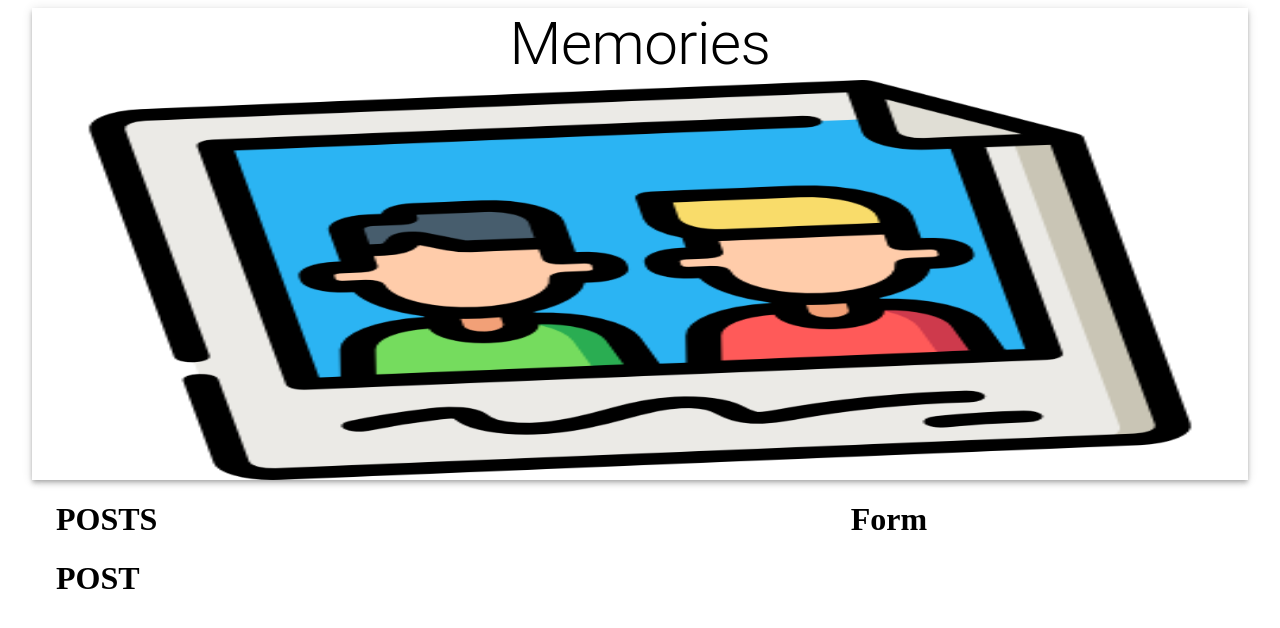
Repository: baodien1405/memories-project
Page: / (app in client/)
An editor plug-in stored every save of this project. The page is shown before and after the next save, followed by the edit.
The browser window is 1280 px wide. The pictures show the whole page.
The project was rebuilt for these pictures with package versions that can differ from the ones it lists, and the page was loaded fresh each time.

Above is the page before, as saved 2021-08-11 17:56:40.

### client/src/App.js
import React from "react";
import { Container, AppBar, Typography, Grow, Grid } from "@material-ui/core";
import memories from "./assets/images/memories.png";
import Posts from "./components/Posts/Posts";
import Form from "./components/Form/Form";

const App = (props) => {
  return (
    <Container maxWidth="lg">
      <AppBar position="static" color="inherit">
        <Typography variant="h2" align="center">
          Memories
        </Typography>
        <img src={memories} alt="memories" height="400" />
      </AppBar>
      <Grow in>
        <Container>
          <Grid
            container
            justifyContent="space-between"
            alignItems="stretch"
            spacing={3}
          >
            <Grid item xs={12} sm={7}>
              <Posts />
            </Grid>
            <Grid item xs={12} sm={4}>
              <Form />
            </Grid>
          </Grid>
        </Container>
      </Grow>
    </Container>
  );
};

export default App;

### client/src/components/Posts/Posts.jsx
import React from "react";
import Post from "./Post/Post";

const Posts = (props) => {
  return (
    <>
      <h1>POSTS</h1>
      <Post />
    </>
  );
};

export default Posts;

### client/src/components/Form/Form.jsx
import React from "react";

const Form = (props) => {
  return <h1>Form</h1>;
};

export default Form;

### client/src/components/Posts/Post/Post.jsx
import React from "react";

const Post = (props) => {
  return <h1>POST</h1>;
};

export default Post;

### client/src/styles.js
import { makeStyles } from "@material-ui/core/styles";

export default makeStyles((theme) => ({
  appBar: {
    borderRadius: 15,
    margin: "30px 0",
    display: "flex",
    flexDirection: "row",
    justifyContent: "center",
    alignItems: "center",
  },
  heading: {
    color: "rgba(0,183,255, 1)",
  },
  image: {
    marginLeft: "15px",
  },
}));

Loaded but not shown: client/public/index.html (common file); client/src/index.js (common file)

After the next save:
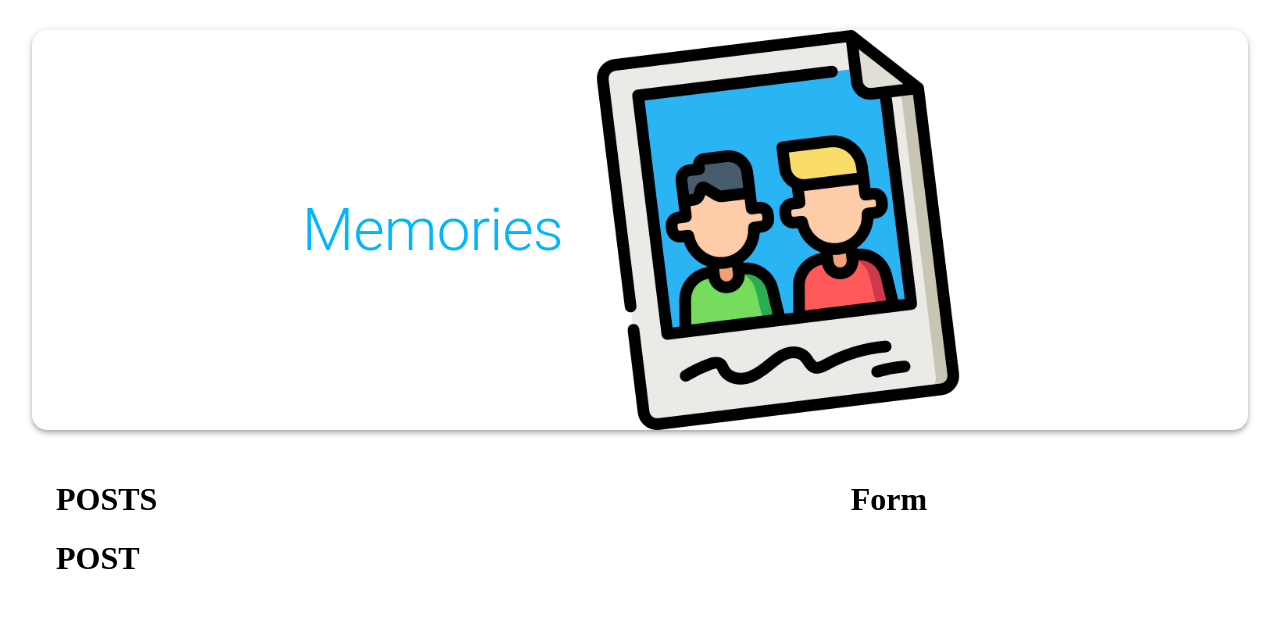
Saved 2 min 56 s later.
--- a/client/src/App.js
+++ b/client/src/App.js
@@ -3,15 +3,23 @@ import { Container, AppBar, Typography, Grow, Grid } from "@material-ui/core";
 import memories from "./assets/images/memories.png";
 import Posts from "./components/Posts/Posts";
 import Form from "./components/Form/Form";
+import useStyles from "./styles";
 
 const App = (props) => {
+  const classes = useStyles();
+
   return (
     <Container maxWidth="lg">
-      <AppBar position="static" color="inherit">
-        <Typography variant="h2" align="center">
+      <AppBar className={classes.appBar} position="static" color="inherit">
+        <Typography className={classes.heading} variant="h2" align="center">
           Memories
         </Typography>
-        <img src={memories} alt="memories" height="400" />
+        <img
+          className={classes.image}
+          src={memories}
+          alt="memories"
+          height="400"
+        />
       </AppBar>
       <Grow in>
         <Container>
